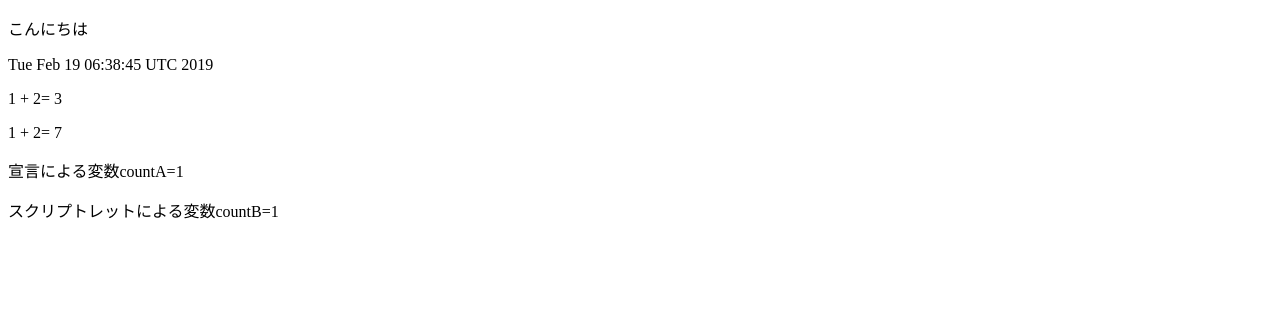
Repository: ryousukefujita-0423/test
Page: http://localhost/HelloJSP/
These files come from the project's save history. The page is drawn as it stood at one moment and after the next save; the edit follows.
The browser window is 1280 px wide. The pictures show the whole page.
The page is served by Tomcat 9.

Above is the page before, as saved 2019-02-19 07:08:51.

After the next save:
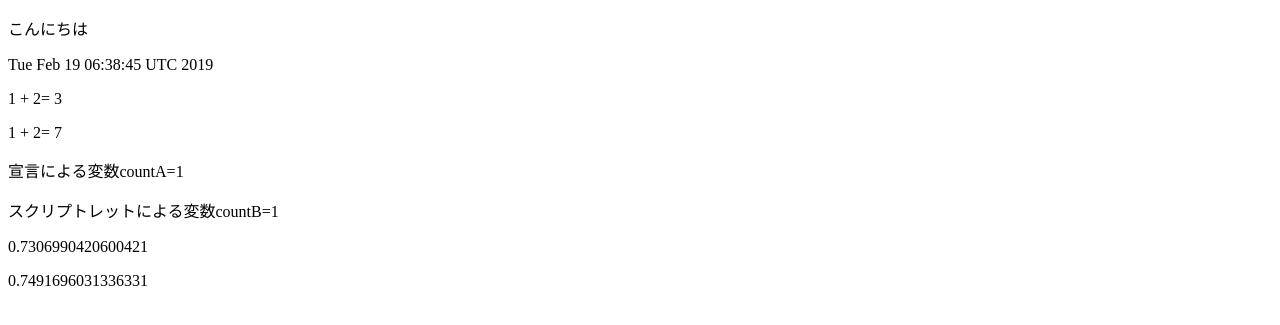
Saved 20 min 11 s later.
--- a/HelloJSP/WebContent/index.jsp
+++ b/HelloJSP/WebContent/index.jsp
@@ -36,5 +36,11 @@
 	<p>
 		スクリプトレットによる変数countB=<%=countB%></p>
 
+	<p>
+		<%
+			out.println(Math.random());
+		%>
+
+	<p><%=Math.random()%>
 </body>
 </html>
